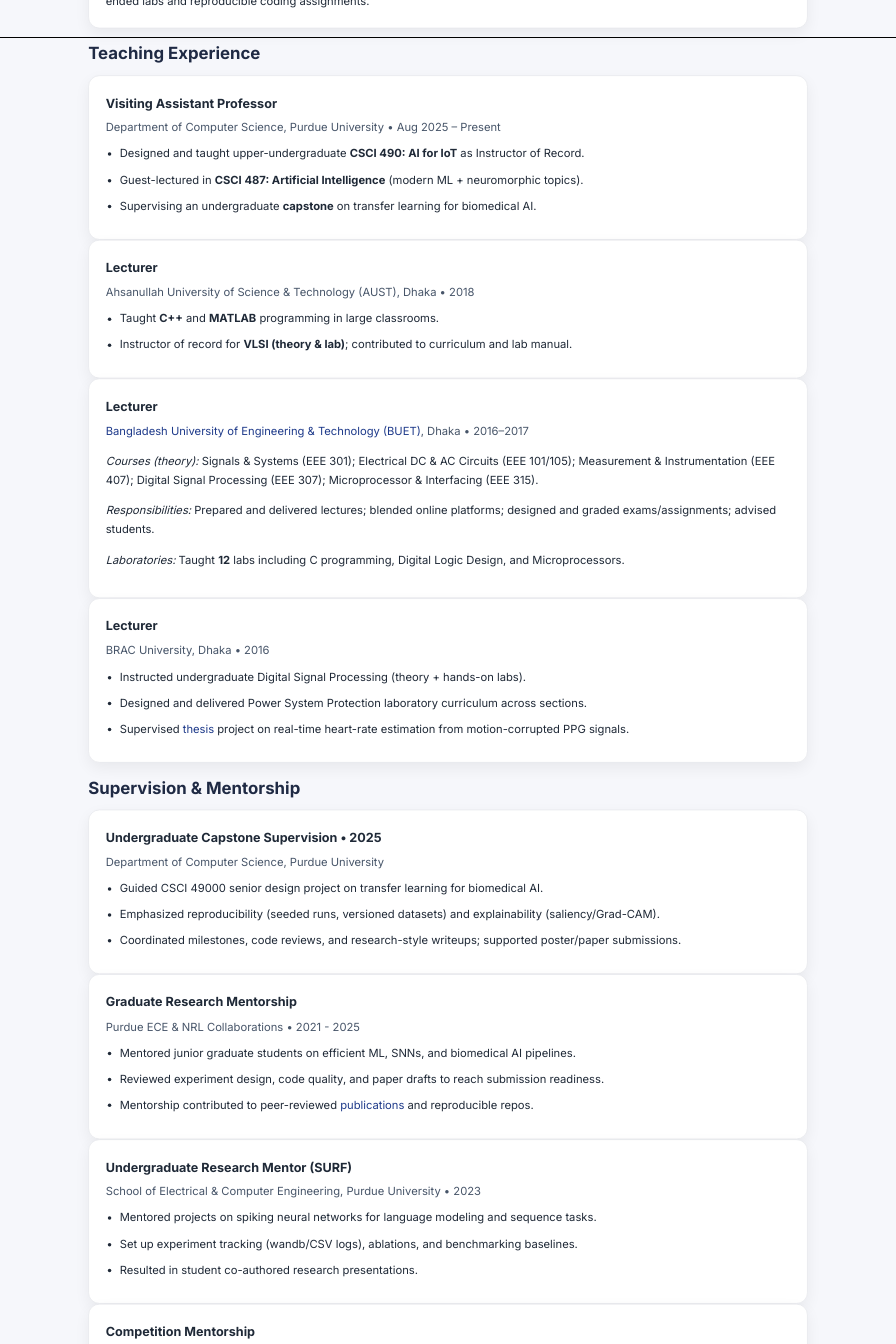
Repository: SayeedChowdhury/SayeedChowdhury.github.io
Page: teaching.html
These files come from the project's save history. The page is drawn as it stood at one moment and after the next save; the edit follows.
The browser window is 1280 px wide. The pictures show the part of the page from y = 311 to 2231 px (the page is 3344 px tall before and 3408 px after), at 70% of full size.

Above is the page before, as saved 2025-08-17 16:15:12.

After the next save:
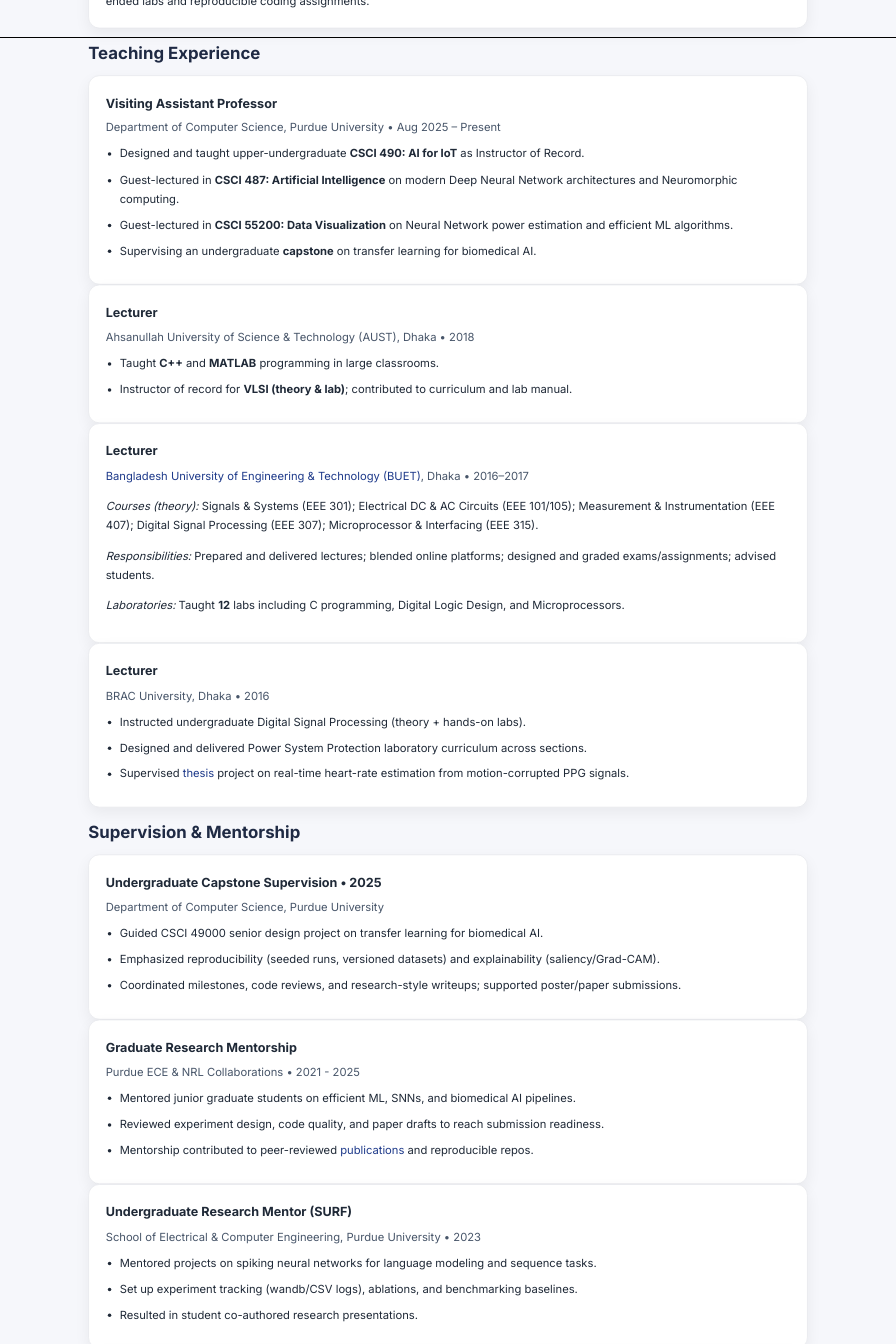
Saved 12 days later.
--- a/teaching.html
+++ b/teaching.html
@@ -44,7 +44,8 @@
       <div class="lead">Department of Computer Science, Purdue University • Aug&nbsp;2025 – Present</div>
       <ul class="list">
         <li>Designed and taught upper-undergraduate <strong>CSCI 490: AI for IoT</strong> as Instructor of Record.</li>
-        <li>Guest-lectured in <strong>CSCI 487: Artificial Intelligence</strong> (modern ML + neuromorphic topics).</li>
+        <li>Guest-lectured in <strong>CSCI 487: Artificial Intelligence</strong> on modern Deep Neural Network architectures and Neuromorphic computing.</li>
+        <li>Guest-lectured in <strong>CSCI 55200: Data Visualization</strong> on Neural Network power estimation and efficient ML algorithms.</li>
         <li>Supervising an undergraduate <strong>capstone</strong> on transfer learning for biomedical AI.</li>
       </ul>
     </div>
